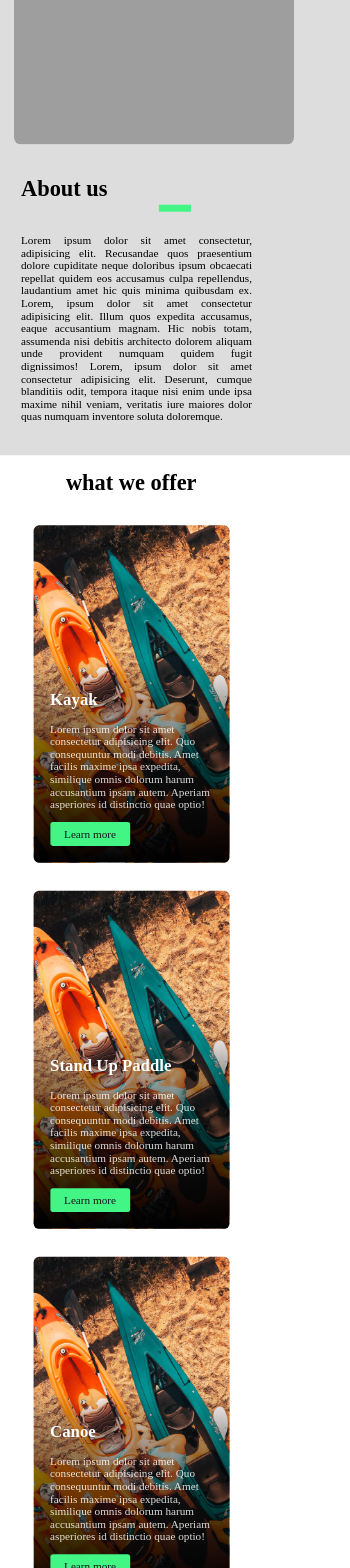
Repository: joseluis2289/Responsive-club-website
Page: index.html
An editor plug-in stored every save of this project. The page is shown before and after the next save, followed by the edit.
The browser window is 375 px wide. The page is 500 px wide, so the pictures cover 500 px, including what lies to the right of the window. The pictures show the part of the page from y = 1269 to 3509 px (the page is 4397 px tall before and 4389 px after), at 70% of full size.
Pictures or frames that could not be fetched are drawn as grey boxes.

Above is the page before, as saved 2021-08-24 13:06:59.

After the next save:
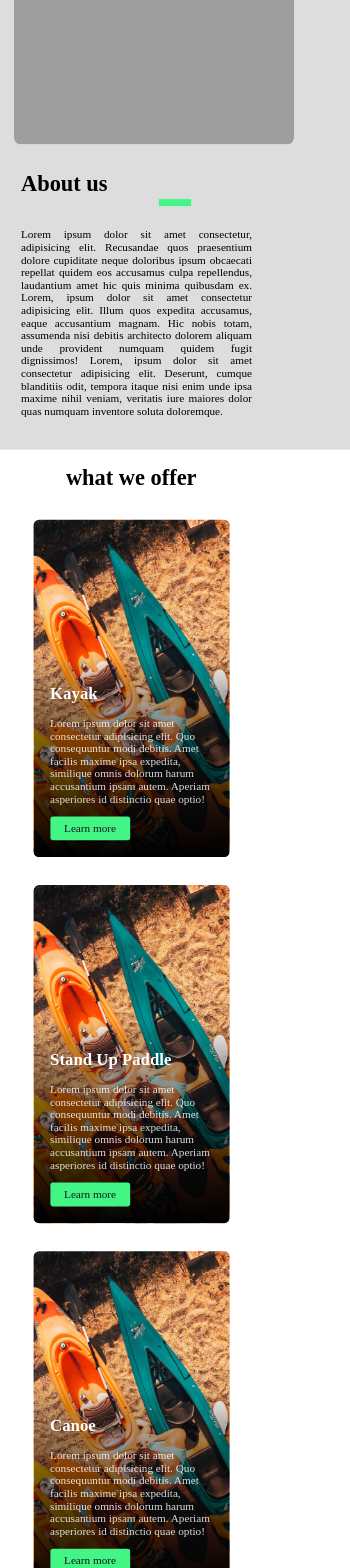
Saved 4 s later.
--- a/style.css
+++ b/style.css
@@ -409,7 +409,7 @@ input#submit{
         width: 500px;
     }
     .grid-item-img{
-        margin: 0 20px 10px 0px ;
+        margin: 0 20px 2px 0px ;
     }
     .aboutUs-title{
 
